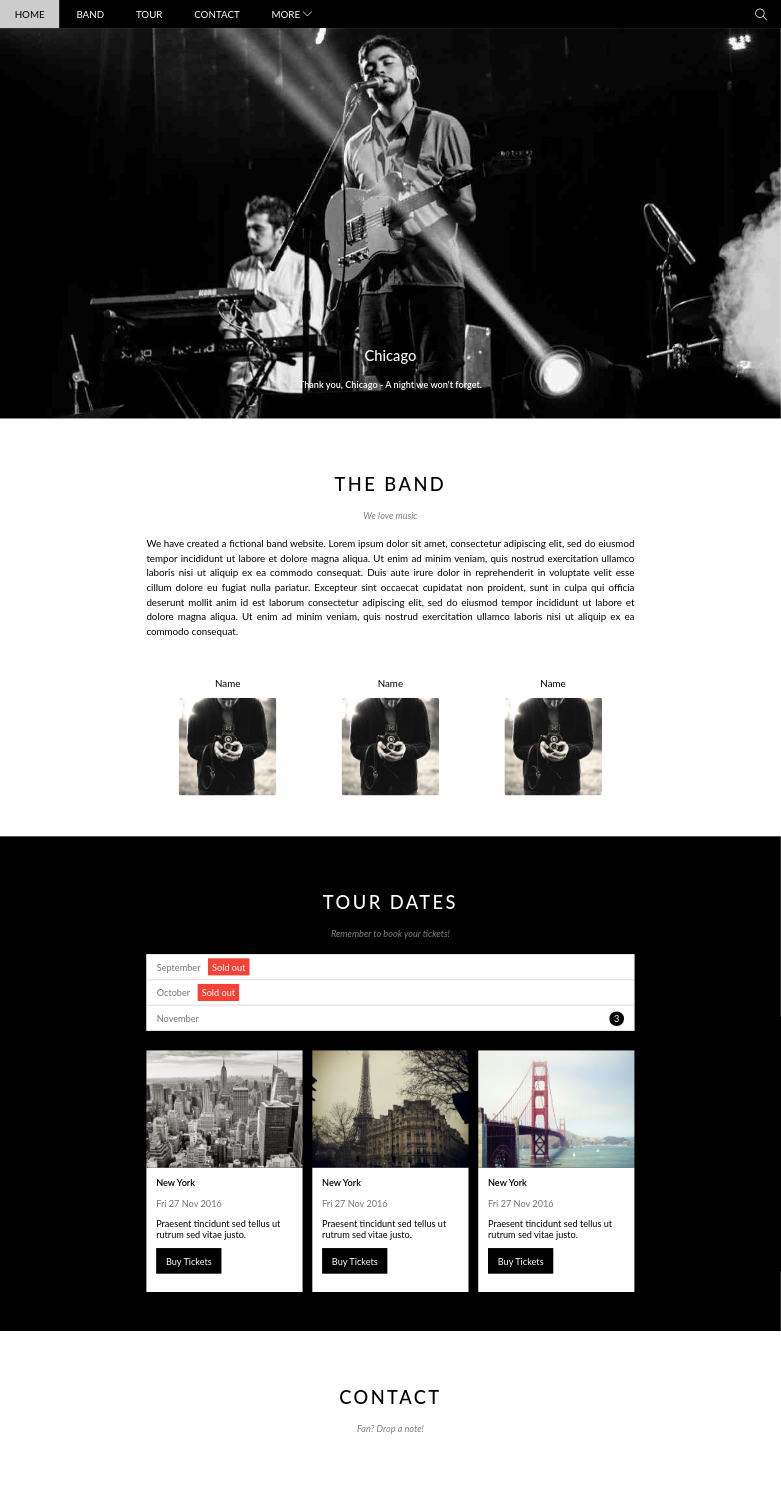
Repository: tatvanhco/web-dau-tay
Page: index.html
The author's editor kept a copy of each file at every save. The page is drawn from the files as they stood at one save, then again after the next save.
The browser window is 1280 px wide. The pictures show the whole page, at 61% of full size.

Above is the page before, as saved 2022-01-23 20:31:17.

After the next save:
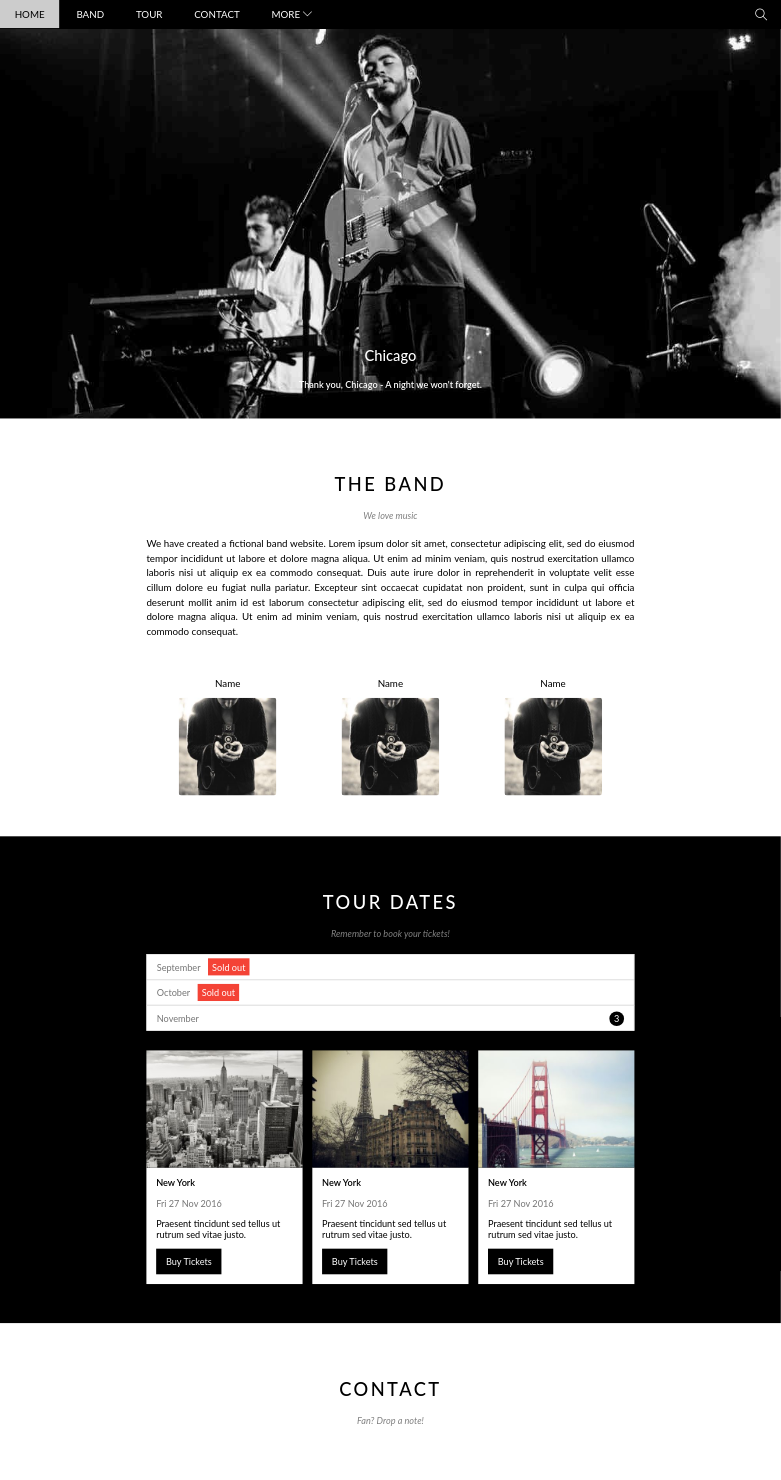
Saved 37 s later.
--- a/assets/css/style.css
+++ b/assets/css/style.css
@@ -257,6 +257,6 @@ body {
     background-color: #000;
     text-decoration: none;
     padding: 12px 16px;
-    margin: 14px 0;
+    margin-top: 15px;
     display: inline-block;
 }
